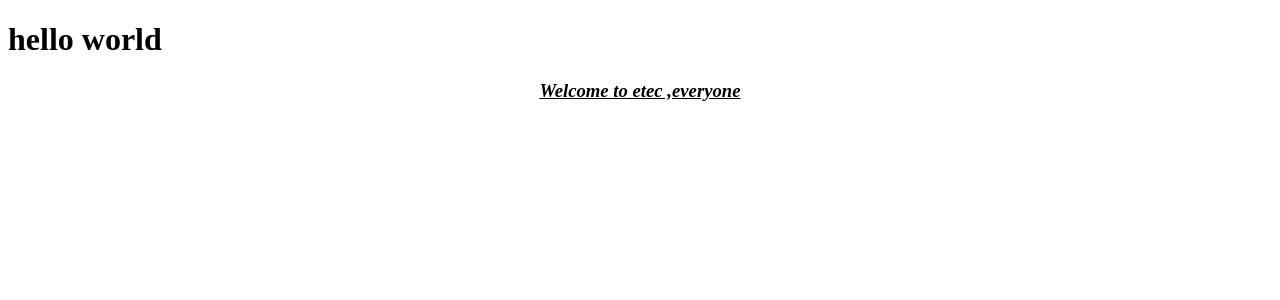
Repository: darakhbroth-lang/webhtml
Page: website for study/web.html
These files come from the project's save history. The page is drawn as it stood at one moment and after the next save; the edit follows.
The browser window is 1280 px wide. The pictures show the whole page.

Above is the page before, as saved 2026-04-23 13:28:30.

After the next save:
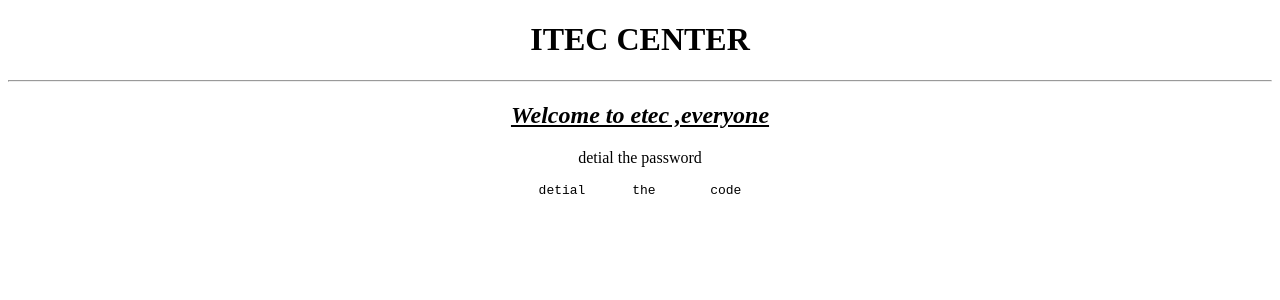
Saved 2 h 23 min later.
--- a/website for study/web.html
+++ b/website for study/web.html
@@ -6,11 +6,17 @@
     <title>Website</title>
 </head>
 <body>
-    <h1>hello world</h1>
+    <center>
+        <h1>ITEC CENTER</h1>
+    </center>
+    <hr>
    <center>
-    <h3><b><i><u>
+    <h2><b><i><u>
         Welcome to etec ,everyone
-    </u></i></b></h3>
+    </u></i></b></h2>
+    <p>detial the password</p>
+    <pre>detial      the       code</pre>
    </center>
+
 </body>
 </html>
